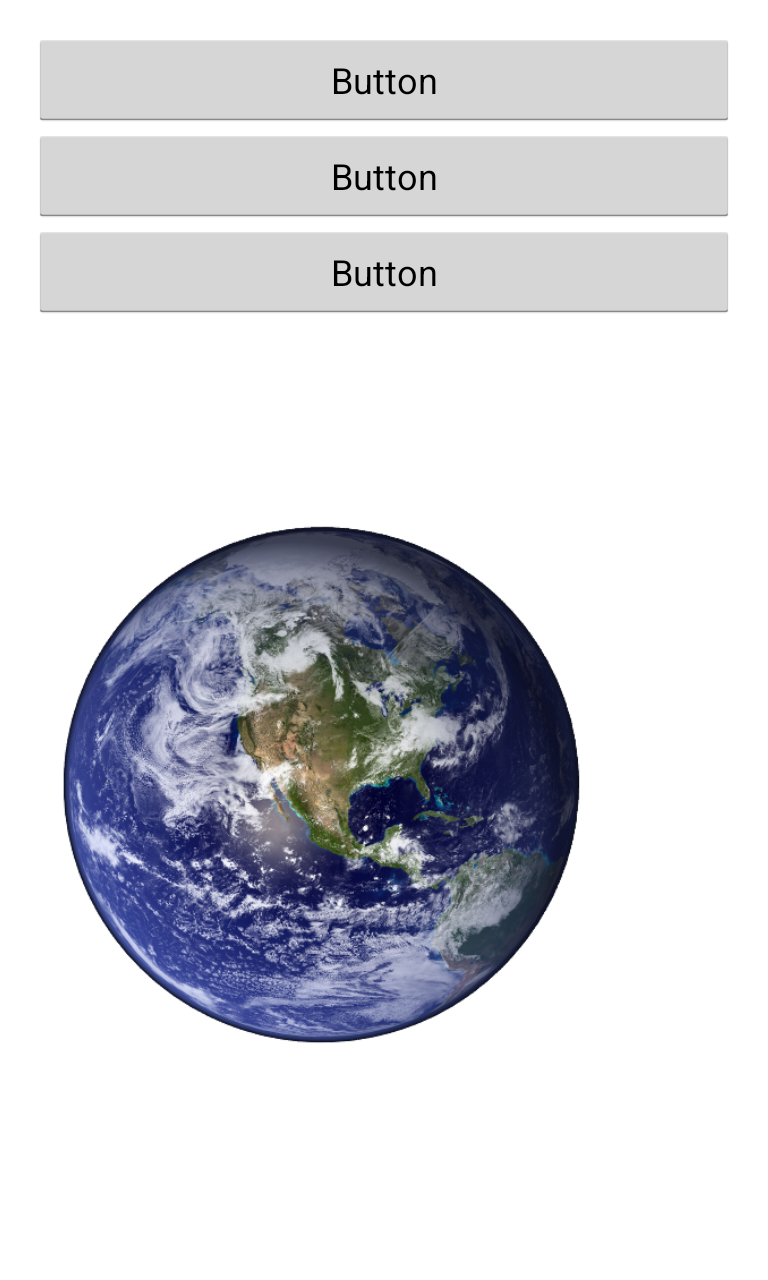
Repository: AGNT/Mobile_application_SU13
Layout: android/Locate/res/layout/activity_menu.xml
The author's editor kept a copy of each file at every save. The layout is drawn from the files as they stood at one save, then again after the next save.
It is drawn on a 768 x 1280 px phone screen (xhdpi) without system bars, with theme AppTheme; the app's code is not run.

Above is the layout before, as saved 2013-08-05 16:14:15.

After the next save:
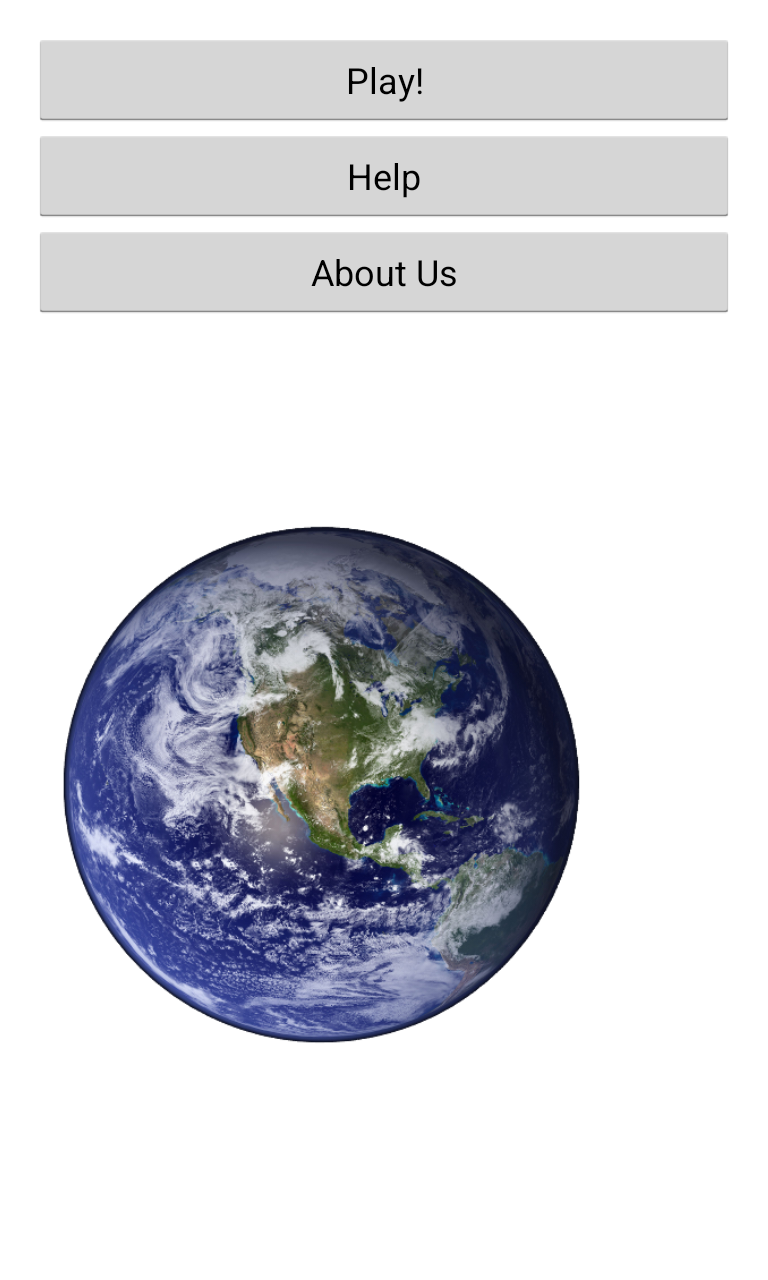
Saved 27 s later.
--- a/android/Locate/res/layout/activity_menu.xml
+++ b/android/Locate/res/layout/activity_menu.xml
@@ -17,19 +17,19 @@
         android:id="@+id/button1"
         android:layout_width="match_parent"
         android:layout_height="wrap_content"
-        android:text="Button" />
+        android:text="Play!" />
 
     <Button
         android:id="@+id/button2"
         android:layout_width="match_parent"
         android:layout_height="wrap_content"
-        android:text="Button" />
+        android:text="Help" />
 
     <Button
         android:id="@+id/button3"
         android:layout_width="match_parent"
         android:layout_height="wrap_content"
-        android:text="Button" />
+        android:text="About Us" />
 
     <ImageView
         android:id="@+id/imageView1"
